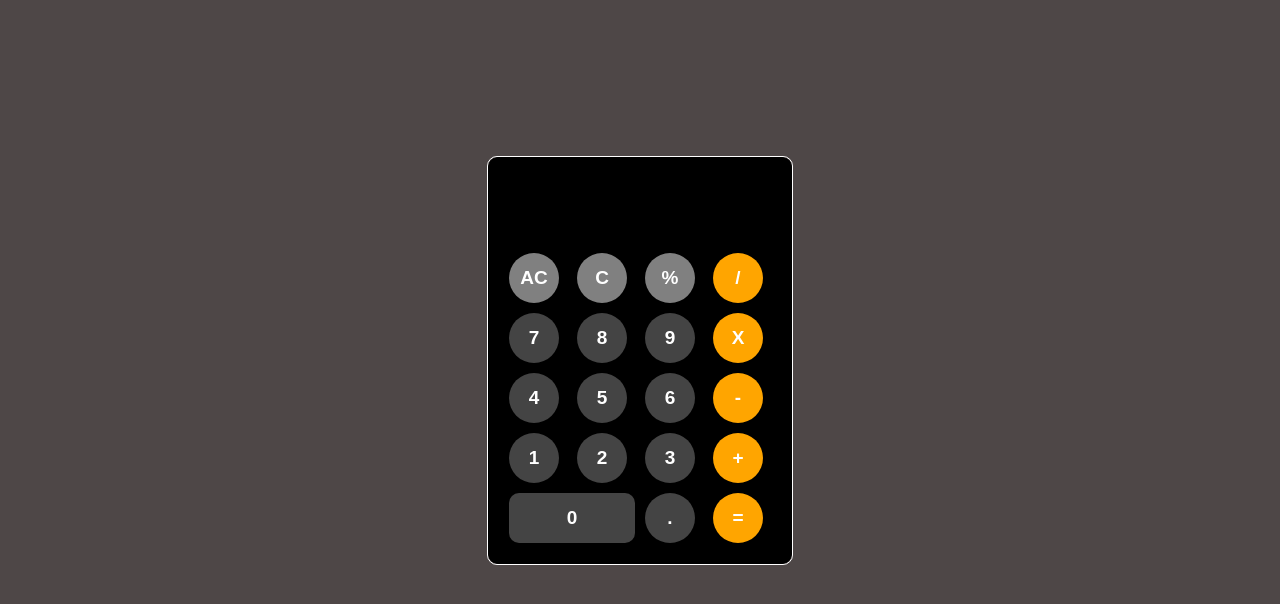
Repository: dmpelaez/calculator
Page: Calculator.html
These files come from the project's save history. The page is drawn as it stood at one moment and after the next save; the edit follows.
The browser window is 1280 px wide. The pictures show the whole page.
The pointer rests on the first visible `.btn`.

Above is the page before, as saved 2025-12-15 23:41:30.

After the next save:
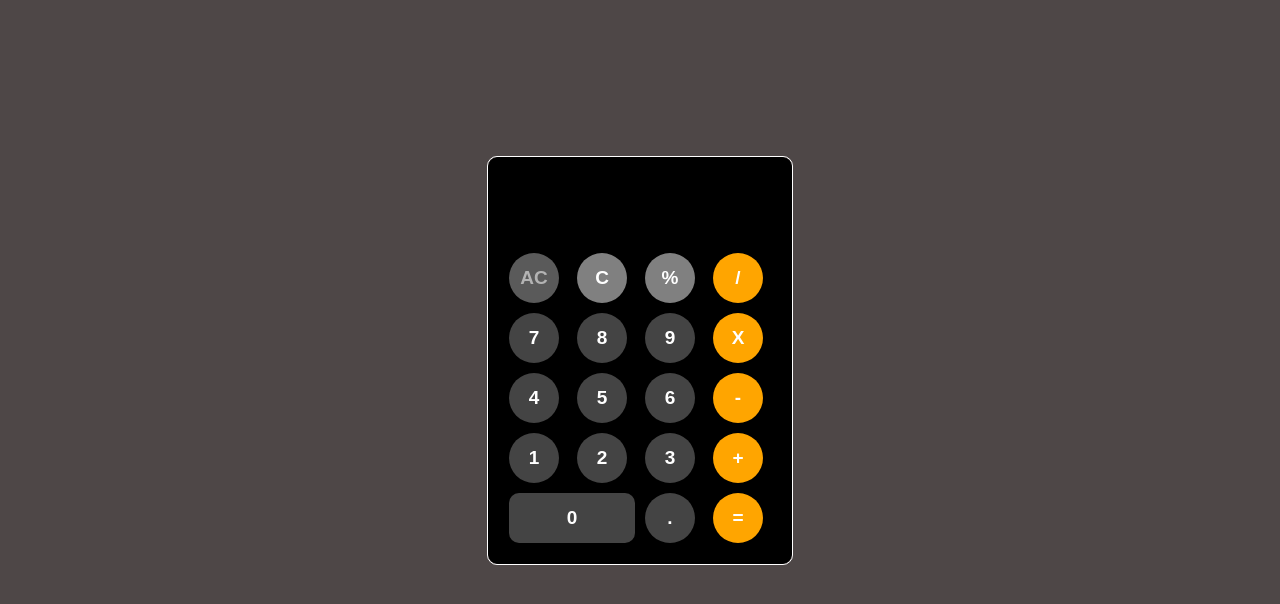
Saved 49 min 32 s later.
--- a/Calculator.css
+++ b/Calculator.css
@@ -55,6 +55,9 @@ background: black;
   color: white;
   background: rgb(68, 68, 68);
 }
+.btn:hover {
+  opacity: 0.7;
+}
 
 .equal {
   grid-column: 4
